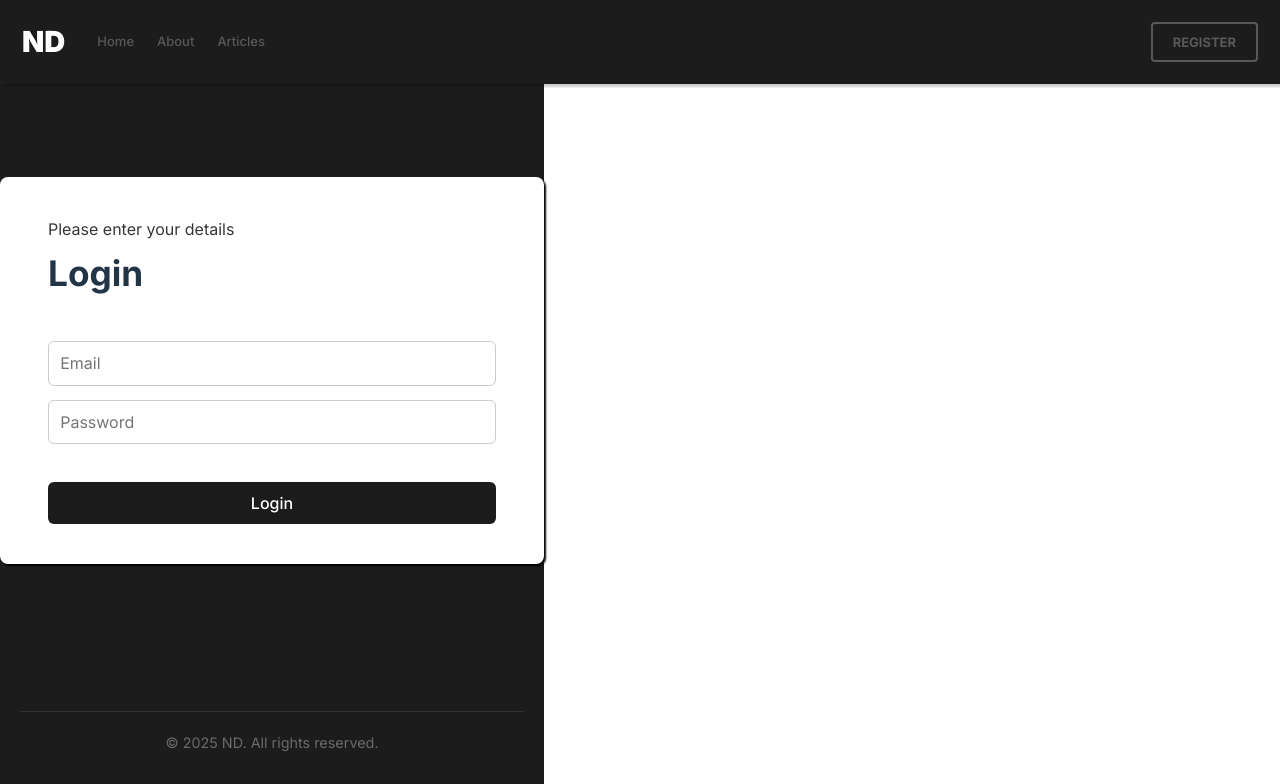
Repository: neomdavid/advancedwebprogramming
Page: /login
These files come from the project's save history. The page is drawn as it stood at one moment and after the next save; the edit follows.
The browser window is 1280 px wide. The pictures show the whole page.
The project was rebuilt for these pictures with package versions that can differ from the ones it lists, and the page was loaded fresh each time. Also part of the build but not shown: vite.config.js, src/styles/AboutPage.css, src/pages/AboutPAge.jsx, src/styles/ArticleList.css, src/article-content.js, src/components/ArticleList.jsx, src/pages/ArticleListPage.jsx, src/styles/ArticlePage.css and 6 more.

Above is the page before, as saved 2025-04-22 08:43:11.

After the next save:
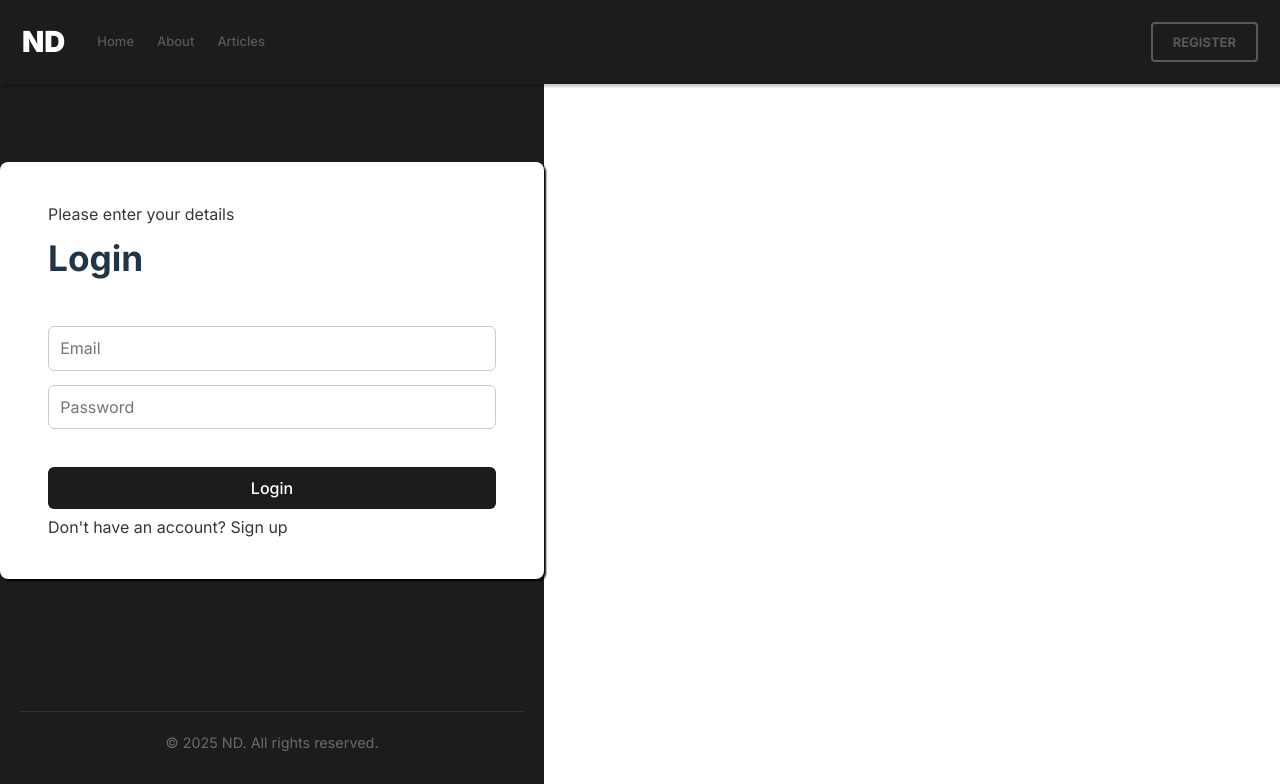
Saved 41 s later.
--- a/src/pages/LoginPage.jsx
+++ b/src/pages/LoginPage.jsx
@@ -35,6 +35,9 @@ const LoginPage = () => {
         <button onClick={handleSubmit} className="login-button">
           Login
         </button>
+        <p>
+          Don't have an account? <span>Sign up</span>
+        </p>
       </div>
     </main>
   );
